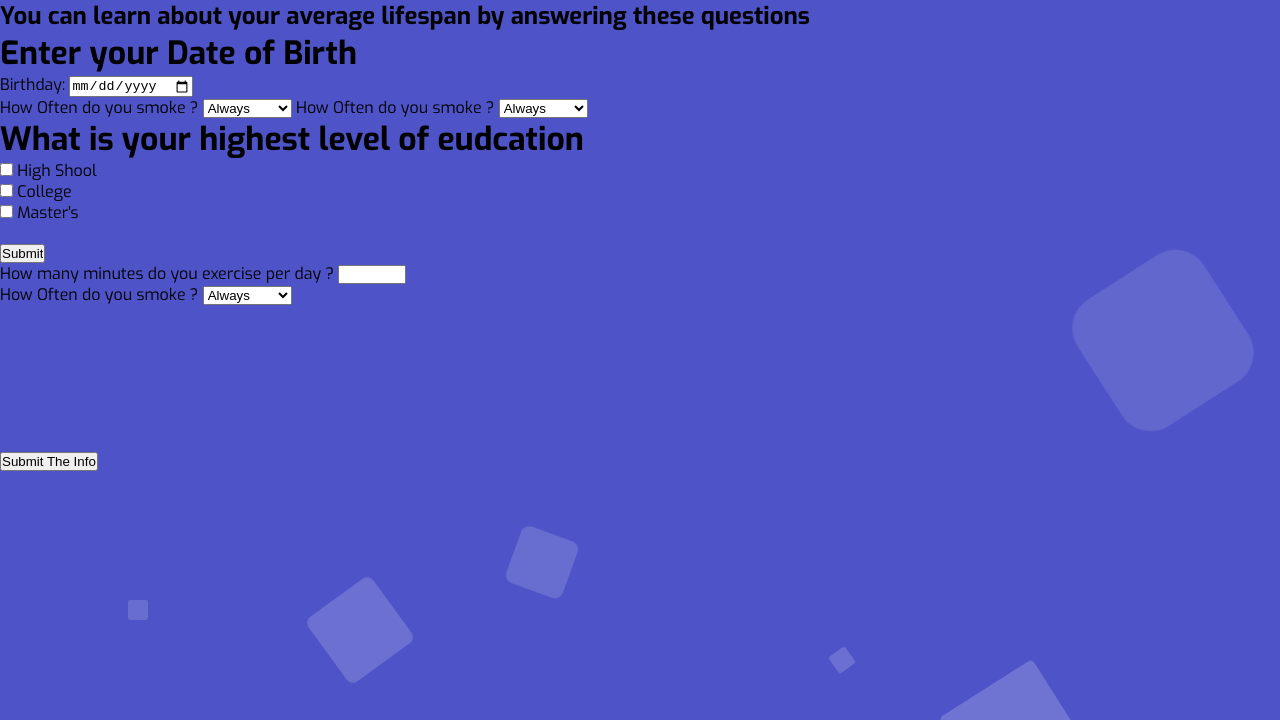
Repository: navid-amini12/capstone-1
Page: wordgame.html
An editor plug-in stored every save of this project. The page is shown before and after the next save, followed by the edit.
The browser window is 1280 px wide. The pictures show the whole page.

Above is the page before, as saved 2022-05-25 18:57:40.

After the next save:
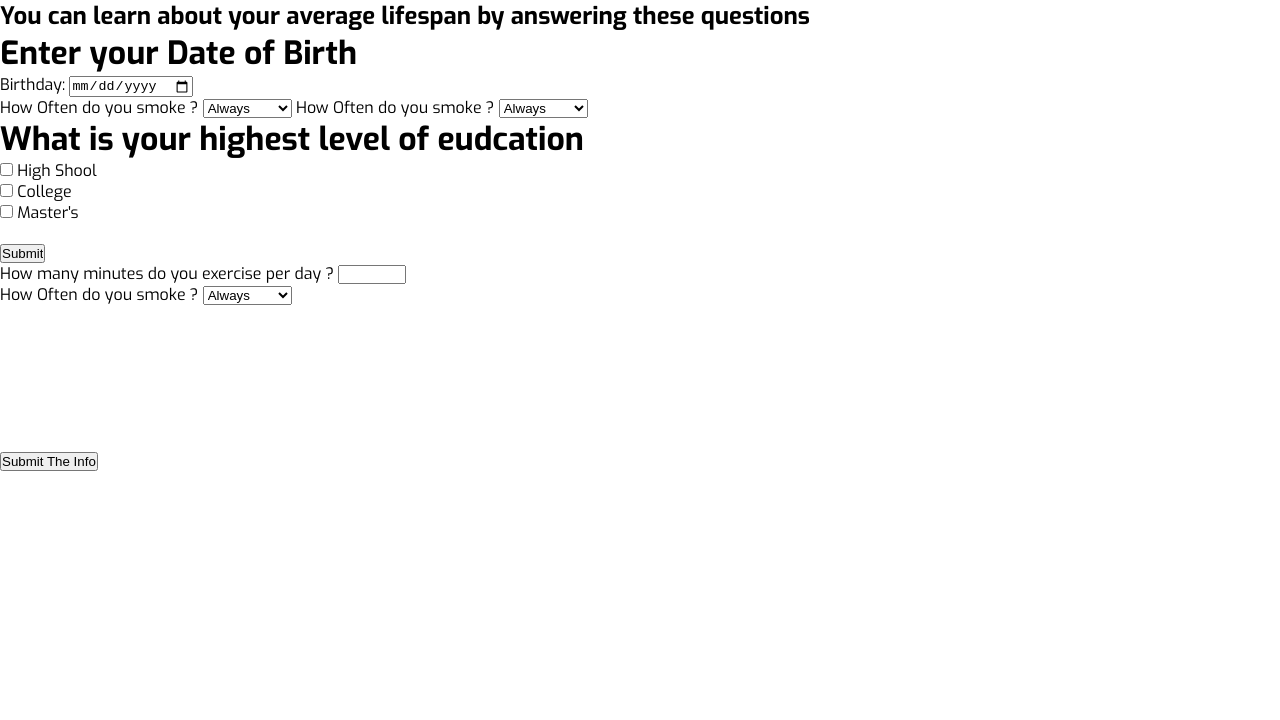
Saved 9 s later.
--- a/wordgame.html
+++ b/wordgame.html
@@ -1,88 +1,73 @@
 <link rel="stylesheet" type="text/css" href="Life.css">
-<div class="context">
-</div>
 
-
-<div class="area" >
-      <ul class="circles">
-              <li></li>
-              <li></li>
-              <li></li>
-              <li></li>
-              <li></li>
-              <li></li>
-              <li></li>
-              <li></li>
-              <li></li>
-              <li></li>
-      </ul>
-      <h2>You can learn about your average lifespan by answering these questions </h1>
-
-
-        <h1>Enter your Date of Birth</h1>
-
-        <form action="/action_page.php">
-          <label for="birthday">Birthday:</label>
-          <input type="date" id="birthday" name="birthday">
-
-        </form>
-
-    <label for="cars">How Often do you smoke ?</label>
-
-    <select id="questions">
-      <option value="volvo">Always</option>
-      <option value="saab">Often</option>
-      <option value="opel">Sometimes</option>
-      <option value="audi">Rarely</option>
-      <option value="audi">Never</option>
-    </select>
-
-    <label for="cars">How Often do you smoke ?</label>
-
-    <select id="questions">
-      <option value="volvo">Always</option>
-      <option value="saab">Often</option>
-      <option value="opel">Sometimes</option>
-      <option value="audi">Rarely</option>
-      <option value="audi">Never</option>
-    </select>
-
-    <h1>What is your highest level of eudcation</h1>
-
-    <form action="/action_page.php">
-      <input type="checkbox" id="vehicle1" name="vehicle1" value="Bike">
-      <label for="vehicle1"> High Shool</label><br>
-      <input type="checkbox" id="vehicle2" name="vehicle2" value="Car">
-      <label for="vehicle2"> College</label><br>
-      <input type="checkbox" id="vehicle3" name="vehicle3" value="Boat">
-      <label for="vehicle3"> Master's</label><br><br>
-      <input type="submit" value="Submit">
-    </form>
-
-    <form>
-        <label for="quantity">How many minutes do you exercise per day ? </label>
-        <input type="number" id="quantity" name="quantity" min="0" max="1000">
-      </form>
+<h2>You can learn about your average lifespan by answering these questions </h1>
 
 
 
 
-    <label for="cars">How Often do you smoke ?</label>
+    <h1>Enter your Date of Birth</h1>
 
-    <select id="questions">
-      <option value="volvo">Always</option>
-      <option value="saab">Often</option>
-      <option value="opel">Sometimes</option>
-      <option value="audi">Rarely</option>
-      <option value="audi">Never</option>
-    </select>
-    <br>
-    <br>
-    <br>
-    <br>
-    <br>
-    <br>
-    <br>
-    <br>
-    <button>Submit The Info</button>
-</div >
+    <form action="/action_page.php">
+      <label for="birthday">Birthday:</label>
+      <input type="date" id="birthday" name="birthday">
+
+    </form>
+
+<label for="cars">How Often do you smoke ?</label>
+
+<select id="questions">
+  <option value="volvo">Always</option>
+  <option value="saab">Often</option>
+  <option value="opel">Sometimes</option>
+  <option value="audi">Rarely</option>
+  <option value="audi">Never</option>
+</select>
+
+<label for="cars">How Often do you smoke ?</label>
+
+<select id="questions">
+  <option value="volvo">Always</option>
+  <option value="saab">Often</option>
+  <option value="opel">Sometimes</option>
+  <option value="audi">Rarely</option>
+  <option value="audi">Never</option>
+</select>
+
+<h1>What is your highest level of eudcation</h1>
+
+<form action="/action_page.php">
+  <input type="checkbox" id="vehicle1" name="vehicle1" value="Bike">
+  <label for="vehicle1"> High Shool</label><br>
+  <input type="checkbox" id="vehicle2" name="vehicle2" value="Car">
+  <label for="vehicle2"> College</label><br>
+  <input type="checkbox" id="vehicle3" name="vehicle3" value="Boat">
+  <label for="vehicle3"> Master's</label><br><br>
+  <input type="submit" value="Submit">
+</form>
+
+<form>
+    <label for="quantity">How many minutes do you exercise per day ? </label>
+    <input type="number" id="quantity" name="quantity" min="0" max="1000">
+  </form>
+
+
+
+
+<label for="cars">How Often do you smoke ?</label>
+
+<select id="questions">
+  <option value="volvo">Always</option>
+  <option value="saab">Often</option>
+  <option value="opel">Sometimes</option>
+  <option value="audi">Rarely</option>
+  <option value="audi">Never</option>
+</select>
+<br>
+<br>
+<br>
+<br>
+<br>
+<br>
+<br>
+<br>
+<button>Submit The Info</button>
